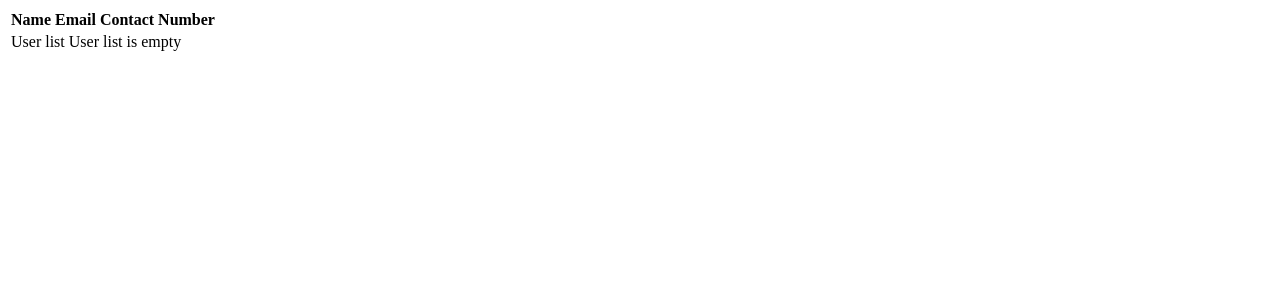
Repository: MarkFernandes11/Advanced-Java
Page: http://localhost/RetrieveDataFromDB/Welcome.jsp
The author's editor kept a copy of each file at every save. The page is drawn from the files as they stood at one save, then again after the next save.
The browser window is 1280 px wide. The pictures show the whole page.
The page is served by Tomcat 9.

Above is the page before, as saved 2019-09-26 10:37:48.

After the next save:
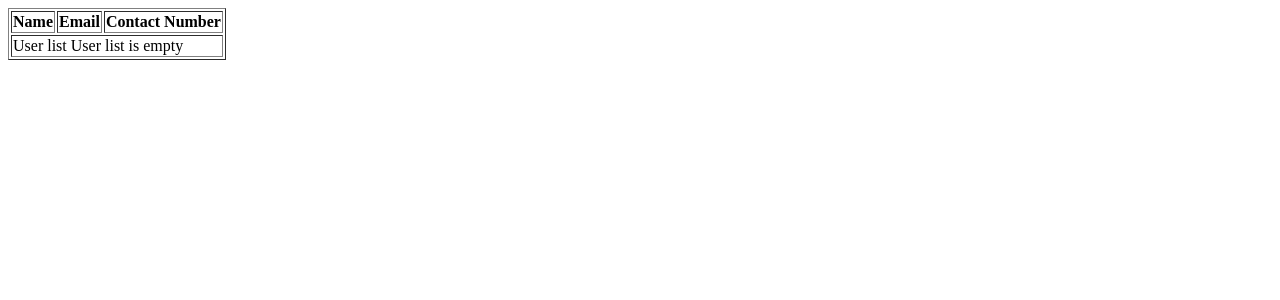
Saved 23 s later.
--- a/RetrieveDataFromDB/WebContent/Welcome.jsp
+++ b/RetrieveDataFromDB/WebContent/Welcome.jsp
@@ -11,7 +11,7 @@
 <title>Welcome page</title>
 </head>
 <body>
-	<table >
+	<table border="1px solid #000;">
 		<tr>
 			<th><b>Name</b></th>
 			<th><b>Email</b></th>
